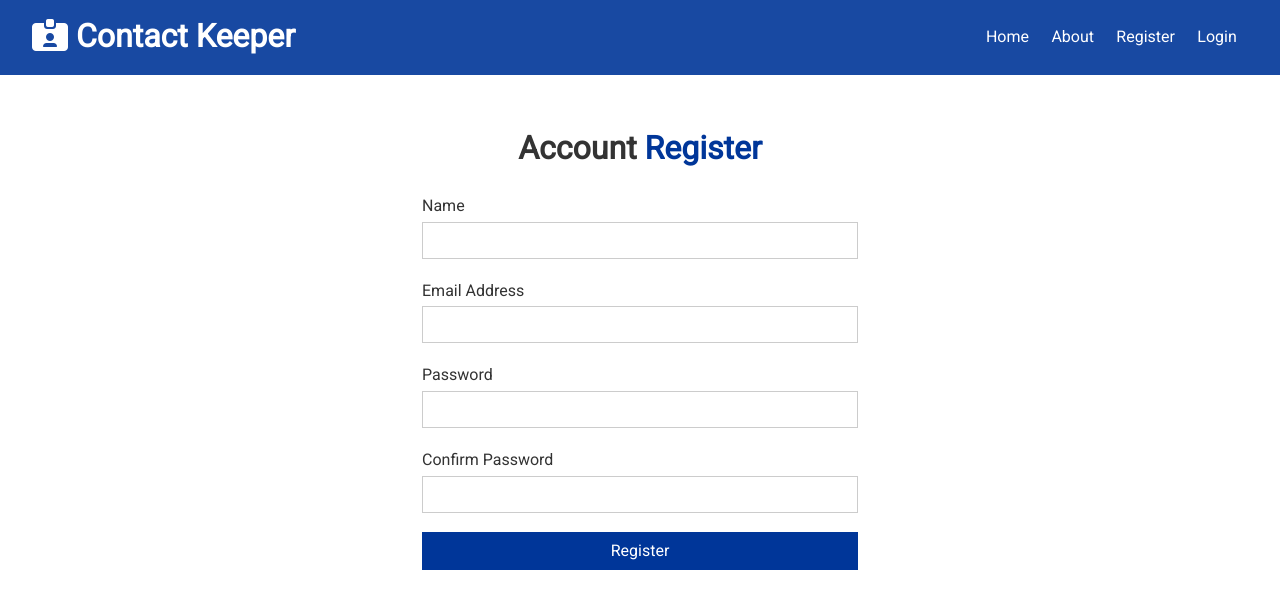
Repository: michaelm602623/contactKeeper
Page: /register (app in client/)
These files come from the project's save history. The page is drawn as it stood at one moment and after the next save; the edit follows.
The browser window is 1280 px wide. The pictures show the whole page.
Some web libraries are served in a nearby version. The project was rebuilt for these pictures with package versions that can differ from the ones it lists, and the page was loaded fresh each time. A package was used in the major version that the imports need, not the one package.json lists. Also part of the build but not shown: client/src/components/contacts/ContactItem.js, client/src/components/contacts/Contacts.js, client/src/components/contacts/ContactForm.js, client/src/components/contacts/ContactFilter.js, client/src/components/pages/Home.js, client/src/components/pages/About.js, client/src/components/auth/Login.js, client/src/components/layout/Alerts.js.

Above is the page before, as saved 2019-11-22 17:55:32.

### client/public/index.html
<!DOCTYPE html>
<html lang="en">
  <head>
    <meta charset="utf-8" />
    <link rel="icon" href="%PUBLIC_URL%/favicon.ico" />
    <meta name="viewport" content="width=device-width, initial-scale=1" />
    <meta name="theme-color" content="#000000" />
    <meta
      name="description"
      content="Web site created using create-react-app"
    />
    <link rel="apple-touch-icon" href="logo192.png" />
    <script src="https://kit.fontawesome.com/cdce8a0938.js" crossorigin="anonymous"></script>
    <link rel="manifest" href="%PUBLIC_URL%/manifest.json" />

    <title>Contact-Keeper</title>
  </head>
  <body>
    <noscript>You need to enable JavaScript to run this app.</noscript>
    <div id="root"></div>
  </body>
</html>

### client/src/App.js
import React, { Fragment } from "react";
import { BrowserRouter as Router, Route, Switch } from "react-router-dom";
import Navbar from "./components/layout/Navbar";
import Home from "./components/pages/Home";
import About from "./components/pages/About";
import Register from "./components/auth/Register";
import Login from "./components/auth/Login";
import Alerts from "./components/layout/Alerts";

import ContactState from "./context/contact/ContactState";
import AuthState from "./context/auth/AuthState";
import AlertState from "./context/alert/AlertState";
import setAuthToken from './utils/setAuthToken';
import "./App.css";

if(localStorage.token) {
  setAuthToken(localStorage.token);
}

const App = () => {
  return (
    <AuthState>
      <ContactState>
        <AlertState>
          <Router>
            <Fragment>
              <Navbar />
              <div className='container'>
              <Alerts />
                <Switch>
                  <Route exact path='/' component={Home} />
                  <Route exact path='/about' component={About} />
                  <Route exact path='/register' component={Register} />
                  <Route exact path='/login' component={Login} />
                </Switch>
              </div>
            </Fragment>
          </Router>
        </AlertState>
      </ContactState>
    </AuthState>
  );
};

export default App;

### client/src/components/layout/Navbar.js
import React from "react";
import PropTypes from "prop-types";
import { Link } from "react-router-dom";

export const Navbar = ({ title, icon }) => {
  return (
    <div className='navbar bg-primary'>
      <h1>
        <i className={icon} /> {title}
      </h1>
      <ul>
        <li>
          <Link to='/'>Home</Link>
        </li>
        <li>
          <Link to='/about'>About</Link>
        </li>
        <li>
          <Link to='/register'>Register</Link>
        </li>
        <li>
          <Link to='/login'>Login</Link>
        </li>
      </ul>
    </div>
  );
};

Navbar.propTypes = {
  title: PropTypes.string.isRequired,
  icon: PropTypes.string
};

Navbar.defaultProps = {
  title: "Contact Keeper",
  icon: "fas fa-id-card-alt"
};

export default Navbar;

### client/src/components/auth/Register.js
import React, { useState, useContext, useEffect } from "react";
import AlertContext from "../../context/alert/alertContext";
import AuthContext from "../../context/auth/authContext";

const Register = props => {
  const alertContext = useContext(AlertContext);
  const authContext = useContext(AuthContext);

  const { setAlert } = alertContext;
  const { register, error, clearErrors, isAuthenticated } = authContext;

  useEffect(() => {
    if (isAuthenticated) {
      props.history.push("/");
    }

    if (error === "User already exists") {
      setAlert(error, "danger");
      clearErrors();
    }
    // eslint-disable-next-line
  }, [error, isAuthenticated, props.history]);

  const [user, setUser] = useState({
    name: "",
    email: "",
    password: "",
    password2: ""
  });

  const { name, email, password, password2 } = user;

  const onChange = e => setUser({ ...user, [e.target.name]: e.target.value });

  const onSubmit = e => {
    e.preventDefault();
    if (name === "" || email === "" || password === "") {
      setAlert("Please enter all fields", "danger");
    } else if (password !== password2) {
      setAlert("Passwords do not match", "danger");
    } else {
      register({
        name,
        email,
        password
      });
    }
  };

  return (
    <div className='form-container'>
      <h1>
        Account <span className='text-primary'>Register</span>
      </h1>
      <form onSubmit={onSubmit}>
        <div className='form-group'>
          <label htmlFor='name'>Name</label>
          <input
            type='text'
            name='name'
            value={name}
            onChange={onChange}
            required
          />
        </div>
        <div className='form-group'>
          <label htmlFor='email'>Email Address</label>
          <input
            type='email'
            name='email'
            value={email}
            onChange={onChange}
            required
          />
        </div>
        <div className='form-group'>
          <label htmlFor='password'>Password</label>
          <input
            type='password'
            name='password'
            value={password}
            onChange={onChange}
            required
            minLength='6'
          />
        </div>
        <div className='form-group'>
          <label htmlFor='password2'>Confirm Password</label>
          <input
            type='password'
            name='password2'
            value={password2}
            onChange={onChange}
            required
            minLength='6'
          />
        </div>
        <input
          type='submit'
          value='Register'
          className='btn btn-primary btn-block'
        />
      </form>
    </div>
  );
};

export default Register;

### client/src/context/contact/ContactState.js
import React, { useReducer } from "react";
import uuid from "uuid";
import ContactContext from "./contactContext";
import contactReducer from "./contactReducer";
import {
  ADD_CONTACT,
  DELETE_CONTACT,
  SET_CURRENT,
  CLEAR_CURRENT,
  UPDATE_CONTACT,
  FILTER_CONTACTS,
  CLEAR_FILTER
} from "../types";

const ContactState = props => {
  const initialState = {
    contacts: [
      {
        id: 1,
        name: "Jill Johnson",
        email: "jill@gmail.com",
        phone: "111-111-1111",
        type: "personal"
      },
      {
        id: 2,
        name: "Sara Watson",
        email: "sara@gmail.com",
        phone: "222-222-2222",
        type: "personal"
      },
      {
        id: 3,
        name: "Harry White",
        email: "harry@gmail.com",
        phone: "333-333-3333",
        type: "professional"
      }
    ],
    current: null,
    filtered: null
  };

  const [state, dispatch] = useReducer(contactReducer, initialState);

  //   Add Contact
  const addContact = contact => {
    contact.id = uuid.v4();
    dispatch({ type: ADD_CONTACT, payload: contact });
  };

  // Delete Contact
  const deleteContact = id => {
    dispatch({ type: DELETE_CONTACT, payload: id });
  };

  // Set Current Contact
  const setCurrent = contact => {
    dispatch({ type: SET_CURRENT, payload: contact });
  };

  // Clear Current Contact
  const clearCurrent = () => {
    dispatch({ type: CLEAR_CURRENT });
  };

  // Update Contact
  const updateContact = contact => {
    dispatch({ type: UPDATE_CONTACT, payload: contact });
  };

  // Filter Contacts
  const filterContacts = text => {
    dispatch({ type: FILTER_CONTACTS, payload: text });
  };

  // Clear Filter
  const clearFilter = () => {
    dispatch({ type: CLEAR_FILTER });
  };

  return (
    <ContactContext.Provider
      value={{
        contacts: state.contacts,
        current: state.current,
        filtered: state.filtered,
        addContact,
        deleteContact,
        setCurrent,
        clearCurrent,
        updateContact,
        filterContacts,
        clearFilter
      }}
    >
      {props.children}
    </ContactContext.Provider>
  );
};

export default ContactState;

### client/src/context/auth/AuthState.js
import React, { useReducer } from "react";
import axios from "axios";
import AuthContext from "./authContext";
import authReducer from "./authReducer";
import setAuthToken from "../../utils/setAuthToken";
import {
  REGISTER_SUCCESS,
  REGISTER_FAIL,
  USER_LOADED,
  AUTH_ERROR,
  LOGIN_SUCCESS,
  LOGIN_FAIL,
  LOGOUT,
  CLEAR_ERRORS
} from "../types";

const AuthState = props => {
  const initialState = {
    token: localStorage.getItem("token"),
    isAuthenticated: null,
    loading: true,
    user: null,
    error: null
  };

  const [state, dispatch] = useReducer(authReducer, initialState);

  // Load User
  const loadUser = async () => {
    if (localStorage.token) {
      setAuthToken(localStorage.token);
    }

    try {
      const res = await axios.get("/api/auth");

      dispatch({
        type: USER_LOADED,
        payload: res.data
      });
    } catch (err) {
      dispatch({ type: AUTH_ERROR });
    }
  };

  // Register User
  const register = async formData => {
    const config = {
      headers: {
        "Content-Type": "application/json"
      }
    };

    try {
      const res = await axios.post("/api/users", formData, config);

      dispatch({
        type: REGISTER_SUCCESS,
        payload: res.data
      });

      loadUser();
    } catch (err) {
      dispatch({
        type: REGISTER_FAIL,
        payload: err.response.data.msg
      });
    }
  };

  // Login User
  const login = async formData => {
    const config = {
      headers: {
        "Content-Type": "application/json"
      }
    };

    try {
      const res = await axios.post("/api/auth", formData, config);

      dispatch({
        type: LOGIN_SUCCESS,
        payload: res.data
      });

      loadUser();
    } catch (err) {
      dispatch({
        type: LOGIN_FAIL,
        payload: err.response.data.msg
      });
    }
  };

  // Logout
  const logout = () => console.log("logout");

  // Clear Errors
  const clearErrors = () => dispatch({ type: CLEAR_ERRORS });

  return (
    <AuthContext.Provider
      value={{
        token: state.token,
        isAuthenticated: state.isAuthenticated,
        loading: state.loading,
        user: state.user,
        error: state.error,
        register,
        loadUser,
        login,
        logout,
        clearErrors
      }}
    >
      {props.children}
    </AuthContext.Provider>
  );
};

export default AuthState;

### client/src/context/alert/AlertState.js
import React, { useReducer } from "react";
import uuid from "uuid";
import AlertContext from "./alertContext";
import alertReducer from "./alertReducer";
import { SET_ALERT, REMOVE_ALERT } from "../types";

const AlertState = props => {
  const initialState = [];

  const [state, dispatch] = useReducer(alertReducer, initialState);

  // Set Alert
  const setAlert = (msg, type, timeout = 5000) => {
    const id = uuid.v4();
    dispatch({
      type: SET_ALERT,
      payload: { msg, type, id }
    });

    setTimeout(() => dispatch({ type: REMOVE_ALERT, payload: id }), timeout);
  };

  return (
    <AlertContext.Provider
      value={{
        alerts: state,
        setAlert
      }}
    >
      {props.children}
    </AlertContext.Provider>
  );
};

export default AlertState;

### client/src/App.css
@import url('https://fonts.googleapis.com/css?family=Roboto');



/* Global Styles */

:root {

  --primary-color: #003699;

  --dark-color: #333333;

  --light-color: #f4f4f4;

  --danger-color: #dc3545;

  --success-color: #28a745;

}



* {

  box-sizing: border-box;

  margin: 0;

  padding: 0;

}



body {

  font-family: 'Roboto', sans-serif;

  font-size: 1rem;

  line-height: 1.6;

  background-color: #fff;

  color: #333;

}



a {

  color: var(--primary-color);

  text-decoration: none;

}



a:hover {

  color: #666;

}



ul {

  list-style: none;

}



img {

  width: 100%;

}



/* Utilities */

.container {

  max-width: 1100px;

  margin: auto;

  overflow: hidden;

  padding: 0 2rem;

}



/* Text Styles*/

.x-large {

  font-size: 4rem;

  line-height: 1.2;

  margin-bottom: 1rem;

}



.large {

  font-size: 3rem;

  line-height: 1.2;

  margin-bottom: 1rem;

}



.lead {

  font-size: 1.5rem;

  margin-bottom: 1rem;

}



.text-center {

  text-align: center;

}



.text-primary {

  color: var(--primary-color);

}



.text-dark {

  color: var(--dark-color);

}



.text-center {

  text-align: center;

}



.text-right {

  text-align: right;

}



.text-left {

  text-align: left;

}



/* Cards */

.card {

  padding: 1rem;

  border: #ccc 1px dotted;

  margin: 0.7rem 0;

}



/* List */

.list {

  margin: 0.5rem 0;

}



.list li {

  padding-bottom: 0.3rem;

}



/* Padding */

.p {

  padding: 0.5rem;

}

.p-1 {

  padding: 1rem;

}

.p-2 {

  padding: 2rem;

}

.p-3 {

  padding: 3rem;

}

.py {

  padding: 0.5rem 0;

}

.py-1 {

  padding: 1rem 0;

}

.py-2 {

  padding: 2rem 0;

}

.py-3 {

  padding: 3rem 0;

}



/* Margin */

.m {

  margin: 0.5rem;

}

.m-1 {

  margin: 1rem;

}

.m-2 {

  margin: 2rem;

}

.m-3 {

  margin: 3rem;

}

.my {

  margin: 0.5rem 0;

}

.my-1 {

  margin: 1rem 0;

}

.my-2 {

  margin: 2rem 0;

}

.my-3 {

  margin: 3rem 0;

}



/* Grid */

.grid-2 {

  display: grid;

  grid-template-columns: repeat(2, 1fr);

  grid-gap: 2rem;

}



.grid-3 {

  display: grid;

  grid-template-columns: repeat(3, 1fr);

  grid-gap: 1rem;

}



.grid-4 {

  display: grid;

  grid-template-columns: repeat(4, 1fr);

  grid-gap: 2rem;

}



.grid-2-3 {

  display: grid;

  grid-template-columns: 2fr 3fr;

  grid-gap: 2rem;

}



.btn {

  display: inline-block;

  background: var(--light-color);

  color: #333;

  padding: 0.4rem 1.3rem;

  font-size: 1rem;

  border: none;

  cursor: pointer;

  margin-right: 0.5rem;

  transition: opacity 0.2s ease-in;

  outline: none;

}



.btn-link {

  background: none;

  padding: 0;

  margin: 0;

}



.btn-block {

  display: block;

  width: 100%;

}



.btn-sm {

  font-size: 0.8rem;

  padding: 0.3rem 1rem;

  margin-right: 0.2rem;

}



.badge {

  font-size: 0.8rem;

  padding: 0.2rem 0.7rem;

  text-align: center;

  margin: 0.3rem;

  background: var(--light-color);

  color: #333;

  border-radius: 5px;

}



.alert {

  padding: 0.7rem;

  margin: 1rem 0;

  opacity: 0.9;

  background: var(--light-color);

  color: #333;

}



.btn-primary,

.bg-primary,

.badge-primary,

.alert-primary {

  background: var(--primary-color);

  color: #fff;

}



.btn-light,

.bg-light,

.badge-light,

.alert-light {

  background: var(--light-color);

  color: #333;

}



.btn-dark,

.bg-dark,

.badge-dark,

.alert-dark {

  background: var(--dark-color);

  color: #fff;

}



.btn-danger,

.bg-danger,

.badge-danger,

.alert-danger {

  background: var(--danger-color);

  color: #fff;

}



.btn-success,

.bg-success,

.badge-success,

.alert-success {

  background: var(--success-color);

  color: #fff;

}



.btn-white,

.bg-white,

.badge-white,

.alert-white {

  background: #fff;

  color: #333;

  border: #ccc solid 1px;

}



.btn:hover {

  opacity: 0.8;

}



.bg-light,

.badge-light {

  border: #ccc solid 1px;

}



.round-img {

  border-radius: 50%;

}



/* Forms */

input {

  margin: 1.2rem 0;

}



.form-text {

  display: block;

  margin-top: 0.3rem;

  color: #888;

}



input[type='text'],

input[type='email'],

input[type='password'],

input[type='date'],

select,

textarea {

  display: block;

  width: 100%;

  padding: 0.4rem;

  font-size: 1.2rem;

  border: 1px solid #ccc;

}



input[type='submit'],

button {

  font: inherit;

}



.form-group {

  margin: 1.2rem 0;

}



.form-group input {

  margin: 0.2rem 0;

}



.form-container {

  max-width: 500px;

  margin: 2rem auto;

  overflow: hidden;

  padding: 0 2rem;

}



.form-container h1,

h2,

h3 {

  text-align: center;

}



table th,

table td {

  padding: 1rem;

  text-align: left;

}



table th {

  background: var(--light-color);

}



/* Navbar */

.navbar {

  display: flex;

  justify-content: space-between;

  align-items: center;

  padding: 0.7rem 2rem;

  z-index: 1;

  width: 100%;

  border-bottom: solid 1px var(--primary-color);

  opacity: 0.9;

  margin-bottom: 1rem;

}



.navbar ul {

  display: flex;

}



.navbar a {

  color: #fff;

  padding: 0.45rem;

  margin: 0 0.25rem;

}



.navbar a:hover {

  color: var(--light-color);

}



.navbar .welcome span {

  margin-right: 0.6rem;

}



/* Animation (Add After) */

.item-enter {

  opacity: 0;

}

.item-enter-active {

  opacity: 1;

  transition: opacity 1000ms ease-in;

}

.item-exit {

  opacity: 1;

}

.item-exit-active {

  opacity: 0;

  transition: opacity 1000ms ease-in;

}



/* Mobile Styles */

@media (max-width: 700px) {

  .hide-sm {

    display: none;

  }



  .grid-2,

  .grid-3,

  .grid-4 {

    grid-template-columns: 1fr;

  }



  /* Text Styles */

  .x-large {

    font-size: 3rem;

  }



  .large {

    font-size: 2rem;

  }



  .lead {

    font-size: 1rem;

  }



  /* Navbar */

  .navbar {

    display: block;

    text-align: center;

  }



  .navbar h1 {

    margin-bottom: 0.6rem;

  }



  .navbar ul {

    text-align: center;

    justify-content: center;

  }

}

### client/src/context/contact/contactReducer.js
import {
  GET_CONTACTS,
  ADD_CONTACT,
  DELETE_CONTACT,
  SET_CURRENT,
  CLEAR_CURRENT,
  UPDATE_CONTACT,
  FILTER_CONTACTS,
  CLEAR_FILTER,
  CONTACT_ERROR,
  CLEAR_CONTACTS
} from "../types";

export default (state, action) => {
  switch (action.type) {
    case ADD_CONTACT:
      return {
        ...state,
        contacts: [...state.contacts, action.payload]
      };
    case UPDATE_CONTACT:
      return {
        ...state,
        contacts: state.contacts.map(contact =>
          contact.id === action.payload.id ? action.payload : contact
        )
      };
    case DELETE_CONTACT:
      return {
        ...state,
        contacts: state.contacts.filter(
          contact => contact.id !== action.payload
        )
      };
    case SET_CURRENT:
      return {
        ...state,
        current: action.payload
      };
    case CLEAR_CURRENT:
      return {
        ...state,
        current: null
      };
    case FILTER_CONTACTS:
      return {
        ...state,
        filtered: state.contacts.filter(contact => {
          const regex = new RegExp(`${action.payload}`, "gi");
          return contact.name.match(regex) || contact.email.match(regex);
        })
      };
    case CLEAR_FILTER:
      return {
        ...state,
        filtered: null
      };
    default:
      return state;
  }
};

### client/src/context/types.js
export const GET_CONTACTS = "GET_CONTACTS";
export const ADD_CONTACT = "ADD_CONTACT";
export const DELETE_CONTACT = "DELETE_CONTACT";
export const SET_CURRENT = "SET_CURRENT";
export const CLEAR_CURRENT = "CLEAR_CURRENT";
export const UPDATE_CONTACT = "UPDATE_CONTACT";
export const FILTER_CONTACTS = "FILTER_CONTACTS";
export const CLEAR_CONTACTS = "CLEAR_CONTACTS";
export const CLEAR_FILTER = "CLEAR_FILTER";
export const CONTACT_ERROR = "CONTACT_ERROR";
export const SET_ALERT = "SET_ALERT";
export const REMOVE_ALERT = "REMOVE_ALERT";
export const REGISTER_SUCCESS = "REGISTER_SUCCESS";
export const REGISTER_FAIL = "REGISTER_FAIL";
export const USER_LOADED = "USER_LOADED";
export const AUTH_ERROR = "AUTH_ERROR";
export const LOGIN_SUCCESS = "LOGIN_SUCCESS";
export const LOGIN_FAIL = "LOGIN_FAIL";
export const LOGOUT = "LOGOUT";
export const CLEAR_ERRORS = "CLEAR_ERRORS";

### client/src/context/auth/authReducer.js
import {
  REGISTER_SUCCESS,
  REGISTER_FAIL,
  USER_LOADED,
  AUTH_ERROR,
  LOGIN_SUCCESS,
  LOGIN_FAIL,
  LOGOUT,
  CLEAR_ERRORS
} from "../types";

export default (state, action) => {
  switch (action.type) {
    case USER_LOADED:
      return {
        ...state,
        isAuthenticated: true,
        loading: false,
        user: action.payload
      };
    case REGISTER_SUCCESS:
    case LOGIN_SUCCESS:
      localStorage.setItem("token", action.payload.token);
      return {
        ...state,
        ...action.payload,
        isAuthenticated: true,
        loading: false
      };
    case REGISTER_FAIL:
    case AUTH_ERROR:
    case LOGIN_FAIL:
      localStorage.removeItem("token");
      return {
        ...state,
        token: null,
        isAuthenticated: false,
        loading: false,
        user: null,
        error: action.payload
      };
    case CLEAR_ERRORS:
      return {
        ...state,
        error: null
      };
    default:
      return state;
  }
};

Loaded but not shown: client/src/index.js (common file); client/src/utils/setAuthToken.js (common file); client/src/context/auth/authContext.js (common file); client/src/context/alert/alertContext.js (common file); client/src/context/contact/contactContext.js (common file); client/src/context/alert/alertReducer.js (common file)

After the next save:
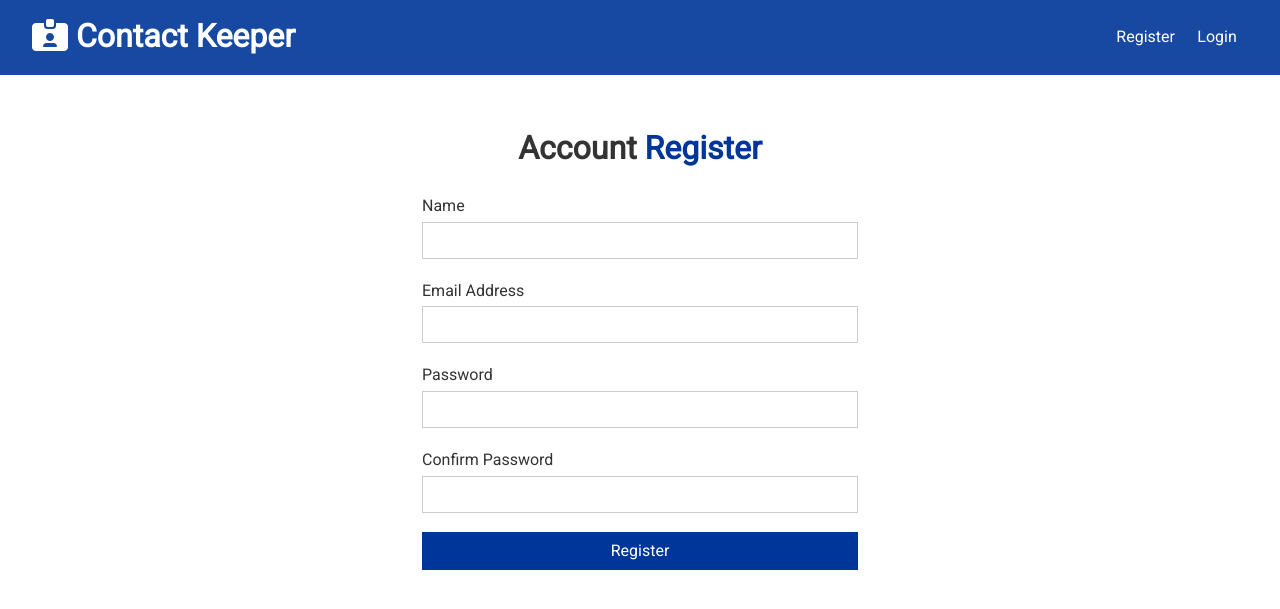
Saved 17 min 5 s later.
--- a/client/src/components/layout/Navbar.js
+++ b/client/src/components/layout/Navbar.js
@@ -1,26 +1,42 @@
-import React from "react";
+import React, { Fragment, useContext } from "react";
 import PropTypes from "prop-types";
 import { Link } from "react-router-dom";
+import AuthContext from '../../context/auth/authContext';
 
 export const Navbar = ({ title, icon }) => {
+  const authContext = useContext(AuthContext);
+
+  const { isAuthenticated, logout, user } = authContext;
+
+  const authLinks = (
+    <Fragment>
+      <li>Hello { user && user.name }</li>
+      <li>
+        <a href="#!">
+          <i className="fas fa-sign-out-alt"> <span className="hide-sm">Logout</span></i>
+        </a>
+      </li>
+    </Fragment>
+  );
+
+  const guestLinks = (
+    <Fragment>
+      <li>
+          <Link to='/register'>Register</Link>
+        </li>
+        <li>
+          <Link to='/login'>Login</Link>
+        </li>
+    </Fragment>
+  );
+
   return (
     <div className='navbar bg-primary'>
       <h1>
         <i className={icon} /> {title}
       </h1>
       <ul>
-        <li>
-          <Link to='/'>Home</Link>
-        </li>
-        <li>
-          <Link to='/about'>About</Link>
-        </li>
-        <li>
-          <Link to='/register'>Register</Link>
-        </li>
-        <li>
-          <Link to='/login'>Login</Link>
-        </li>
+        {isAuthenticated ? authLinks : guestLinks}
       </ul>
     </div>
   );
